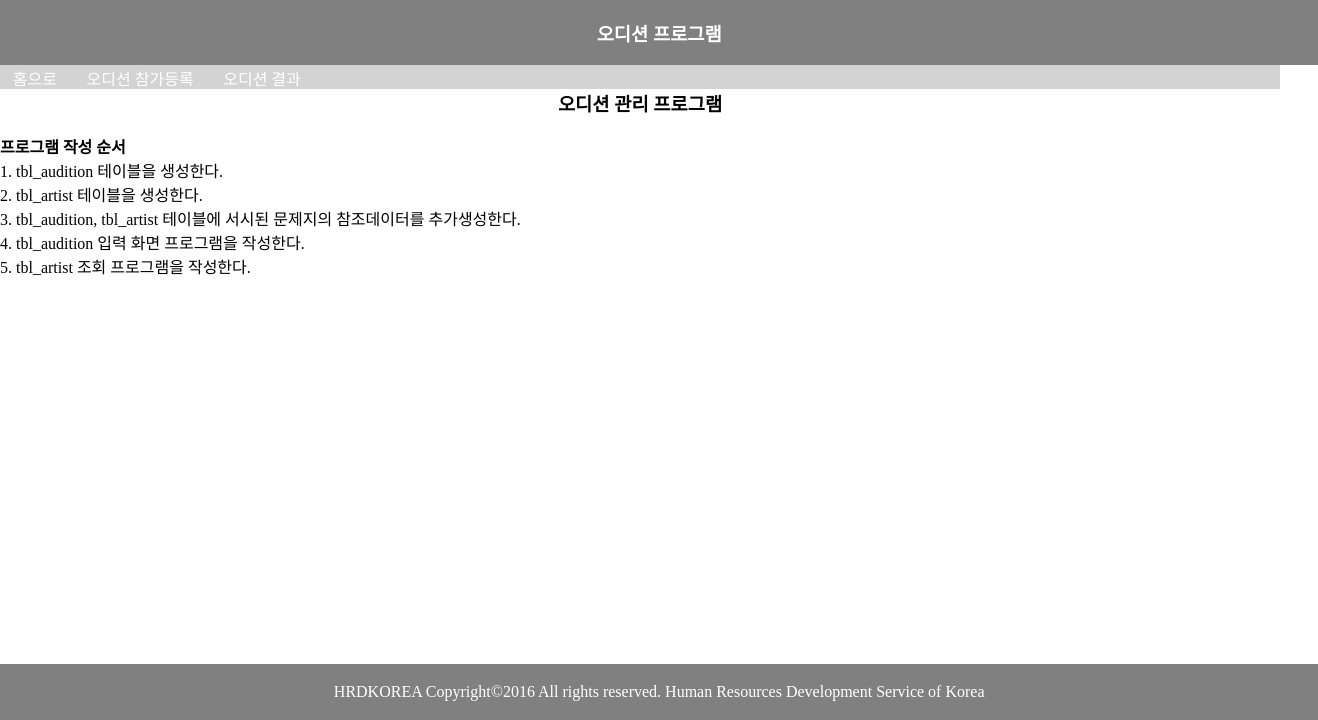
Repository: jieun000/Craftsman_Information_Processing
Page: http://localhost/Test/main.jsp
The author's editor kept a copy of each file at every save. The page is drawn from the files as they stood at one save, then again after the next save.
The browser window is 1280 px wide. The page is 1318 px wide, so the pictures cover 1318 px, including what lies to the right of the window. The pictures show the whole page.
The page is served by Tomcat 9.

Above is the page before, as saved 2023-09-06 01:24:25.

After the next save:
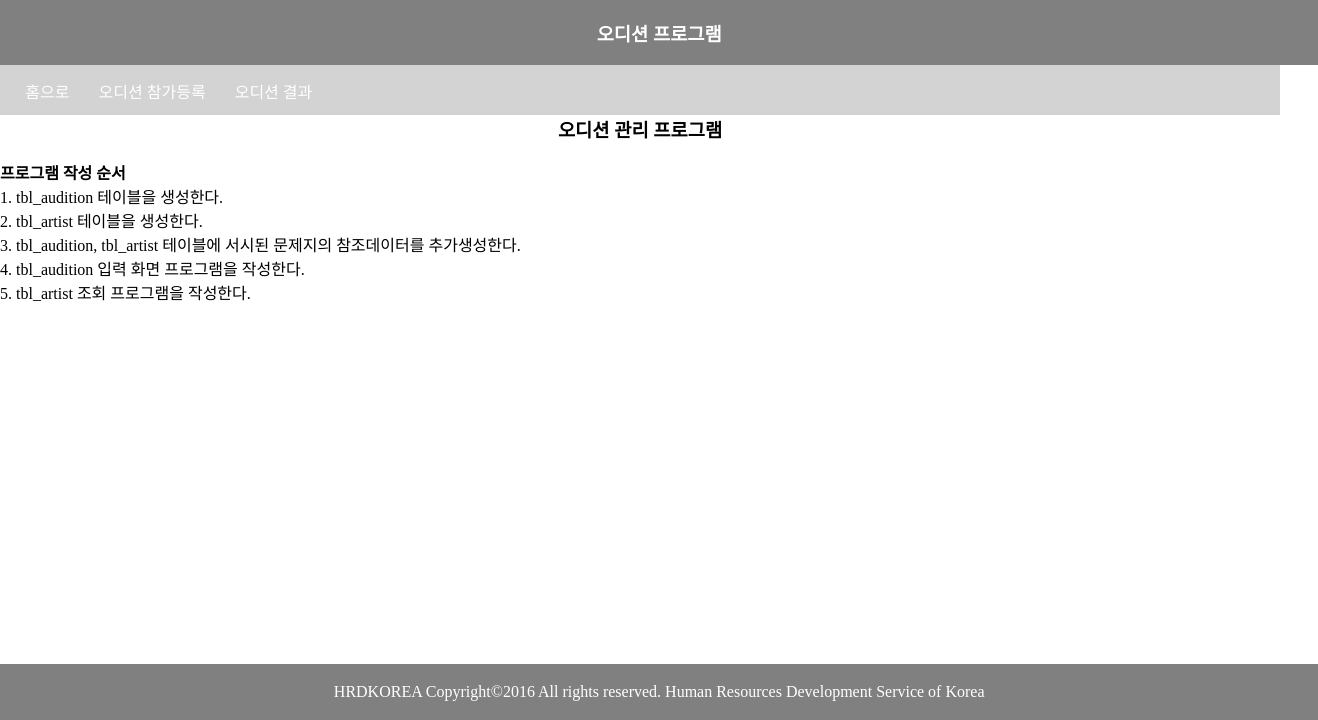
Saved 15 s later.
--- a/02_study/Test/src/main/webapp/main.jsp
+++ b/02_study/Test/src/main/webapp/main.jsp
@@ -15,7 +15,7 @@
 	<header style="background: gray; color: white; text-align: center; width: 100%; padding: 1.5%;">
 		<h3>오디션 프로그램</h3>
 	</header>
-	<nav style="background: lightgray;">
+	<nav style="background: lightgray; padding: 1%;">
 		<a href="main.jsp">홈으로</a>
 		<a href="joinForm.jsp">오디션 참가등록</a>
 		<a href="result.jsp">오디션 결과</a>

After the save that followed:
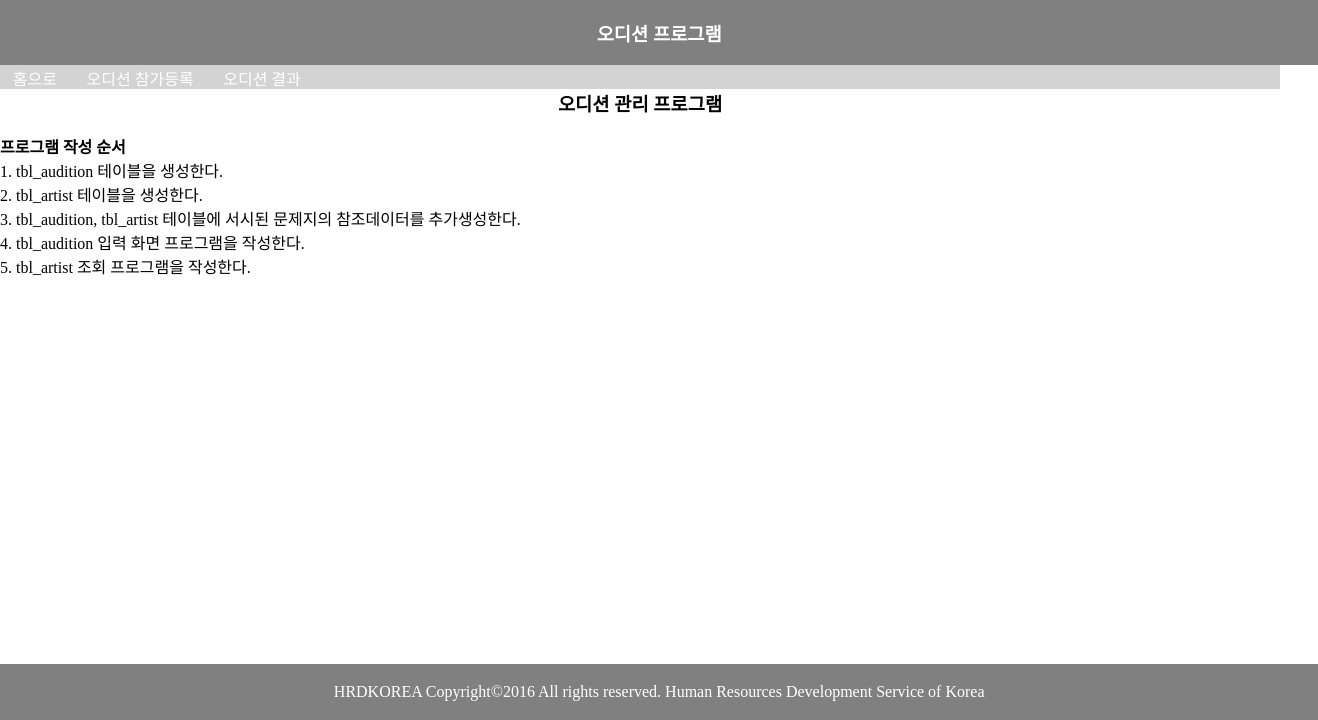
Saved 19 s later.
--- a/02_study/Test/src/main/webapp/main.jsp
+++ b/02_study/Test/src/main/webapp/main.jsp
@@ -15,7 +15,7 @@
 	<header style="background: gray; color: white; text-align: center; width: 100%; padding: 1.5%;">
 		<h3>오디션 프로그램</h3>
 	</header>
-	<nav style="background: lightgray; padding: 1%;">
+	<nav style="background: lightgray; height: 1%;">
 		<a href="main.jsp">홈으로</a>
 		<a href="joinForm.jsp">오디션 참가등록</a>
 		<a href="result.jsp">오디션 결과</a>
